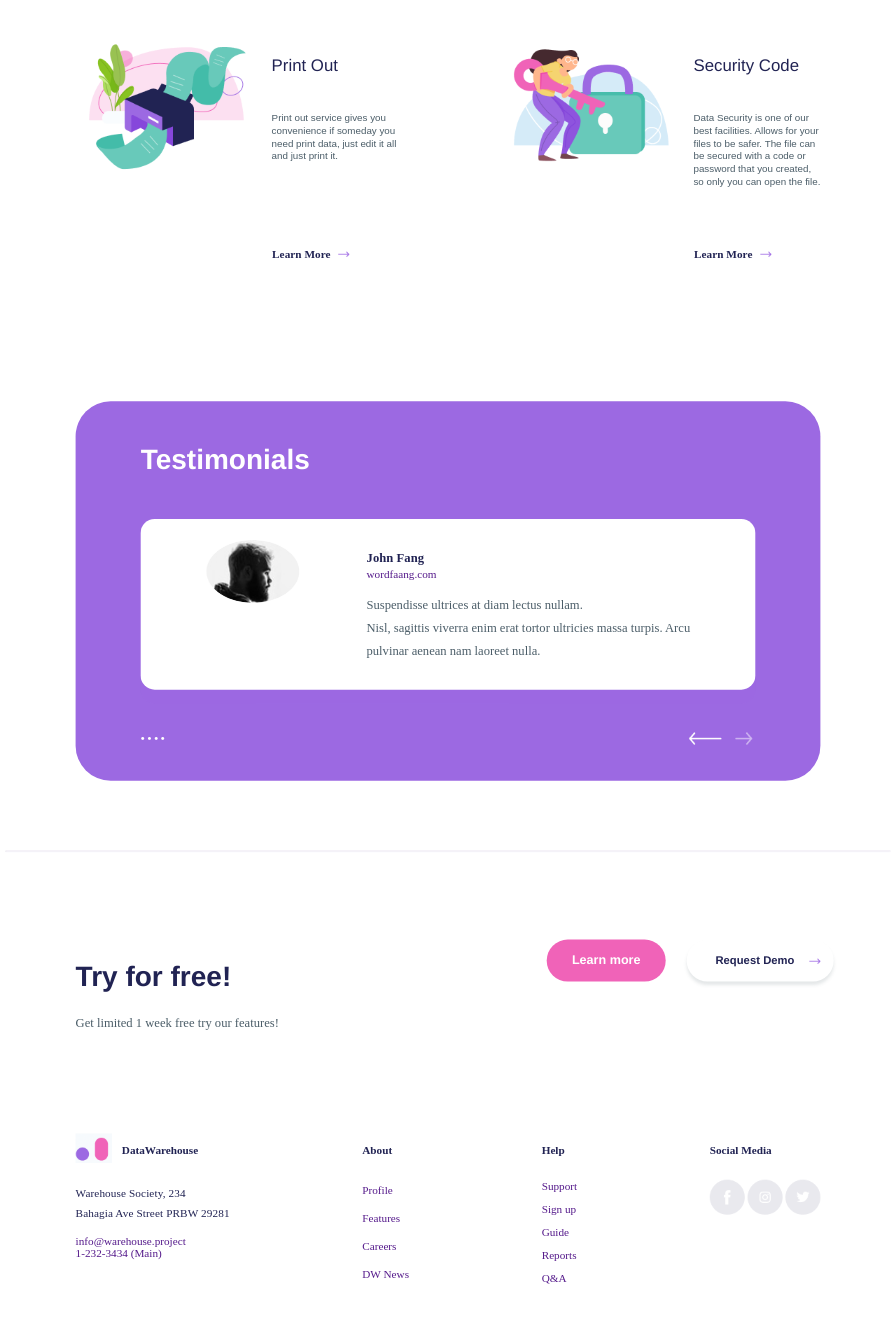
Repository: batonAnton/HW6_flexbox
Page: index.html
The author's editor kept a copy of each file at every save. The page is drawn from the files as they stood at one save, then again after the next save.
The browser window is 1280 px wide. The pictures show the part of the page from y = 1926 to 3846 px (the page is 3846 px tall), at 70% of full size.
Some web fonts or font styles are not loaded; a fallback is used.

Above is the page before, as saved 2022-06-19 16:29:42.

### index.html
<!DOCTYPE html>
<html lang="en">
<head>
    <meta charset="UTF-8">
    <meta http-equiv="X-UA-Compatible" content="IE=edge">
    <meta name="viewport" content="width=device-width, initial-scale=1.0">
    <link href="http://fonts.cdnfonts.com/css/helvetica-neue-9" rel="stylesheet">
    <link rel="stylesheet" href="./fonts/Helvetica-Bold.ttf">
    <link rel="stylesheet" href="./fonts/AvenirLTStd-Black.otf">
    <link rel="stylesheet" href="./css/style.css">
    <title>FlexBox</title>
</head>
<body>
    <header>
        <div class="logo">
            <img src="./images/logo.png" alt="logo">
        </div>

        <nav>
            <ul>
                <li>
                    <a href="#">about</a>
                </li>
                <li>
                    <a href="#">help</a>
                </li>
                <li>
                    <a href="#">features</a>
                </li>
                <li>
                    <a href="#">signup</a>
                </li>
            </ul>
        </nav>

        <div class="header-btn">
            <div>
                <button>request demo</button>
            </div>
            <div class="btn-img">
                <img src="./images/right-arrow.png" alt="arrow-right" >
            </div>
        </div>
    </header>

    <div class="section allstyles">
        <div class="info">
            <h1>Save your data <br> storage here.</h1>
            <p>Data Warehouse is a data storage area that <br>has been
                tested for security, so you can store <br> your data here
                safely but not be afraid of <br> being stolen by others.</p>
            <button>Learn more</button>
        </div>

        <div class="section-img">
            <img src="./images/headerImg.png" alt="">
        </div>
    </div>

    <div class="section2 allstyles">
        <div class="sectin2-img">
            <img src="./images/assideimg.png" alt="assideimg">
        </div>

        <div class="section2-info">
            <h1>We are a high-level data <br> storage bank</h1>
            <p>
                The place to store various data that you can access at any <br> time through the internet  and where you can carry it. <br>
                This very flexible storage area has a high level of security. <br> To enter into your own data you must enter the password <br> that you created when you registered in this Data <br> Warehouse.
            </p>
        </div>
    </div>

    <div class="section3 allstyles">
        <h1 class="section3-header"> Features</h1>
        <p class="section3-header">Some of the features and advantages that we provide for those of you <br> who store data in this Data Warehouse.</p>

        <div class="row1">
            <div class="block">
                <img src="./images/section3/image1 1.png" alt="img">
                <div class="info">
                    <h1>Search Data</h1>
                <p>
                    Don’t worry if your data is very <br> large, the Data Warehoue <br> provides a search engine, <br> which is useful for making it <br> easier to find data effectively <br> saving time.
                </p>

                <div class="header-btn section3-btn">
                    <div>
                        <button>Learn more</button>
                    </div>
                    <div class="btn-img">
                        <img src="./images/right-arrow.png" alt="arrow-right" >
                    </div>
                </div>
                </div>

            </div>


            <div class="block">
                <img src="./images/section3/image2.png" alt="img">
                <div class="info">
                    <h1>24 Hours Access</h1>
                <p>
                    Access is given 24 hours a full <br> morning to night and
                    meet <br> again in the morning, giving <br> you comfort when
                    you need <br> data when urgent.
                </p>

                <div class="header-btn section3-btn">
                    <div>
                        <button>Learn more</button>
                    </div>
                    <div class="btn-img">
                        <img src="./images/right-arrow.png" alt="arrow-right" >
                    </div>
                </div>
                </div>

            </div>
        </div>

        <!-- row2 start -->

        <div class="row1 row2">
            <div class="block">
                <img src="./images/section3/image3 1.png" alt="img">
                <div class="info">
                    <h1>Print Out</h1>
                <p>
                    Print out service gives you <br> convenience if someday
                    you <br> need print data, just edit it all <br> and just print it.
                </p>

                <div class="header-btn section3-btn">
                    <div>
                        <button>Learn more</button>
                    </div>
                    <div class="btn-img">
                        <img src="./images/right-arrow.png" alt="arrow-right" >
                    </div>
                </div>
                </div>

            </div>


            <div class="block">
                <img src="./images/section3/image4 1.png" alt="img">
                <div class="info">
                    <h1>Security Code</h1>
                <p>
                    Data Security is one of our <br> best facilities. Allows for your <br> files
                    to be safer. The file can <br> be secured with a code or <br>
                    password that
                    you created, <br> so only you can open the file.
                </p>

                <div class="header-btn section3-btn">
                    <div>
                        <button>Learn more</button>
                    </div>
                    <div class="btn-img">
                        <img src="./images/right-arrow.png" alt="arrow-right" >
                    </div>
                </div>
                </div>

            </div>
        </div>
    </div>

    <div class="section4 allstyles">
        <h1>Testimonials</h1>

        <div class="block">
            <img class="rounded" src="./images/section3/Ellipse 76.jpg" alt="img">
            <div class="info">
                <h1>John Fang </h1>
                <a href="">wordfaang.com</a>
                <p>
                    Suspendisse ultrices at diam lectus nullam. <br>
                    Nisl, sagittis viverra enim erat tortor ultricies massa turpis. Arcu <br> pulvinar aenean nam laoreet nulla.
                </p>
            </div>
        </div>
        <h4>&#x2022 &#x2022 &#x2022 &#x2022</h4>
        <p class="right"> <img src="./images/section3/arrows.png" alt="arrows"> </p>
    </div>
    <hr>


    <div class="forfree allstyles">
        <div class="free-info">
            <h1>Try for free!</h1>
            <p>Get limited 1 week free try our features!</p>
        </div>

        <div class="btn-block">
            <button>Learn more</button>
            <div class="header-btn">
                <div>
                    <button>request demo</button>
                </div>
                <div class="btn-img">
                    <img src="./images/right-arrow.png" alt="arrow-right" >
                </div>
            </div>
        </div>
    </div>

    <footer>
        <div class="allblock allstyles">
            <div class="adress">
                <img src="./images/logo.png" alt="logo">
                <h1 style="float: right;
                margin-right: 45px;"> DataWarehouse</h1>
                <p> Warehouse Society, 234 <br>
                    Bahagia Ave Street
                    PRBW 29281
                </p>

                <a href="">info@warehouse.project</a> <br>
                <a href="">1-232-3434 (Main)</a>
            </div>

            <div class="about">
                <h1>About</h1>
                <a href="">Profile</a>
                <a href=""> Features</a>
                <a href=""> Careers</a>
                <a href="">DW News</a>
            </div>

            <div class="help">
                <h1>Help</h1>
                <a href="">Support</a>
                <a href="">Sign up</a>
                <a href="">Guide</a>
                <a href="">Reports</a>
                <a href="">Q&A</a>
            </div>

            <div class="social">
                <h1>Social Media</h1>
                <a href="">
                    <img src="./images/footer/facebook.png" alt="face">
                </a>

                <a href="">
                    <img src="./images/footer/twitter.png" alt="tweeter">
                </a>

                <a href="">
                    <img src="./images/footer/insta.png" alt="insta">
                </a>
            </div>
        </div>
    </footer>
</body>
</html>

### css/style.css
body {
  box-sizing: border-box;
  font-family: "Avenir";
}

.allstyles{
    margin: 70px 100px;
}

header {
  display: flex;
  margin: 30px 100px;
  justify-content: space-between;
  /* border: 1px solid gray; */
 font-family: Arial, Helvetica, sans-serif;
  font-size: 16px;
}


nav {
  margin-right: 40%;
}

nav ul {
  display: flex;
  list-style: none;
  color: #4b5d68;
}

nav ul li a {
  text-decoration: none;
  padding-left: 20px;
  text-transform: capitalize;
}

.header-btn {
  display: flex;
  justify-content: center;
}


.header-btn button {
  padding: 15px 30px 15px 15px;
  text-transform: capitalize;
  border: none;
  border-radius: 50px;
  background: #ffffff;
  box-shadow: 0px 5px 5px rgb(75 93 104 / 15%);
  width: 210px;
  color: #212353;
  font-size: 16px;
  font-weight: 800;
  line-height: 100%;
  letter-spacing: 0.005em;
}

.btn-img {
  margin-left: -35px;
  padding-left: -15px;
  align-self: center;
}

button img {
  padding-top: 5px;
  margin-left: 5px;
}

button:hover {
  border: 1px solid rgba(156, 105, 226, 1);
  text-decoration: underline;
}

.section {
  display: flex;
  position: relative;
  height: 600px;
  overflow: hidden;
}


.info {
  width: 50%;
}

.section h1 {
  font-style: normal;
  font-weight: 700;
  font-size: 4rem;
  line-height: 110%;
  font-family: "Helvetica Neue", sans-serif;
  color:#212353;
  font-weight: 700;
}



.section p {
  font-family: 'Avenir', Helvetica, sans-serif;
  font-style: normal;
  font-weight: 500;
  font-size: 16px;
  line-height: 28px;
  margin-top: 50px;
  margin-bottom: 50px;
}

.section-img {
  position: absolute;
  bottom: 1%;
  right: -13%;
}
.section-img img {
  width: 84%;
}

.info button{
    font-family: 'Avenir', Helvetica, sans-serif;
    font-style: normal;
    font-weight: 700;
    font-size: 18px;
    line-height: 160%;
    background-color: #9C69E2;
    border-radius: 50px;
    color: #ffffff;
    width: 170px;
    height: 60px;
    border: none;
    cursor: pointer;
}


.section2{
    display: flex;
    justify-content: space-between;
    background: rgba(240, 99, 184, 0.15);
    border-radius: 50px;
    font-family: 'Avenir', Helvetica, sans-serif;
}

.section2 h1{
    font-style: normal;
    font-weight: 700;
    font-size: 40px;
    line-height: 130%;
    color: #212353;
}

.section2 p{
    font-family: 'Avenir', Helvetica, sans-serif;
font-style: normal;
font-weight: 400;
font-size: 16px;
line-height: 160%;
}

.section2-info{
    padding:55px;
}


.section3-header{
    text-align: center;
    margin: -30px 0 75px 0;
}

.row1{
    display: flex;
    justify-content: space-between;
}

.row1 .block img{
    float: left;
}

.section3 .info{
  float: right;
  width: auto;
  margin-left: 35px;
}

.section3 .info h1{
  font-family: 'Helvetica';
font-style: normal;
font-weight: 400;
font-size: 24px;
line-height: 130%;
color: #212353;
}

.section3 .info p{
  font-family: 'Avenir',  sans-serif;
font-style: normal;
font-weight: 200;
font-size: 14px;
line-height: 130%;
color: #4B5D68;
margin-top: 50px;
/* margin-bottom: 50px; */
height: 160px;
}

.section3 .section3-btn button{
  padding:0;
  color: #212353;
  box-shadow: none;
  background-color: #ffffff;
  font-family: 'Avenir';
  font-style: normal;
  font-weight: 900;
  font-size: 16px;
  line-height: 160%;
  letter-spacing: 0.005em;
  width:85px;
}

.section3 .header-btn{
  display: flex;
  justify-content: flex-start;
}

.section3 .btn-img{
  margin-left: 10px;
}

.row2{
  margin: 90px 0  180px 0;
}

.section4{
  /* height: 709px; */
  background-color: #9C69E2;
  border-radius: 50px;
  padding: 30px 93px;
}

.section4 h1{
  font-family: 'Helvetica';
  font-style: normal;
  font-weight: 700;
  font-size: 40px;
  line-height: 130%;
  color: #FFFFFF;
  margin-bottom: 60px;
}

.section4 .block{
  background-color: #FFFFFF;
  box-shadow: 0px 20px 0px rgba(156, 105, 226, 0.3);
  border-radius: 20px;
  padding: 30px 93px 120px 93px;
}

.section4 .info{
  float: right;
  width: auto;
}

.section4 .info h1{
font-family: 'Avenir';
font-style: normal;
font-weight: 900;
font-size: 18px;
line-height: 160%;
letter-spacing: 0.005em;
color: #212353;
margin-bottom: 0;
}

.section4 .info p{
  font-family: 'Avenir';
font-style: normal;
font-weight: 400;
font-size: 18px;
line-height: 180%;
color: #4B5D68;
}

.section4 .info a{
  text-decoration: none;
}

.rounded{
  border-radius:50%;
}

h4{
  color: #ffffff;
  margin-top: 60px ;
}

.right{
  margin-left: auto;
  margin-right: auto;
  float: right;
  margin-top: -44px;
}

hr{
  margin-top: 100px;
  margin-bottom: 45px;
  background: #9C69E2;
  opacity: 0.2;
}

.forfree{
  margin-top: 125px;
  margin-bottom: 125px;
  display: flex;
  justify-content: space-between;
}

.forfree h1{
  font-family: 'Helvetica';
font-style: normal;
font-weight: 700;
font-size: 40px;
line-height: 130%;
display: flex;
align-items: center;
color: #212353;
}

.forfree p{
  font-family: 'Avenir';
font-style: normal;
font-weight: 500;
font-size: 18px;
line-height: 160%;
color: #4B5D68;
}

.forfree button{
  font-family: 'Avenir', Helvetica, sans-serif;
    font-style: normal;
    font-weight: 700;
    font-size: 18px;
    line-height: 160%;
    background-color: #F063B8;
    border-radius: 50px;
    color: #ffffff;
    width: 170px;
    height: 60px;
    border: none;
    cursor: pointer;
    margin-left: 30px;
}

.forfree .header-btn button {
  padding: 15px 30px 15px 15px;
  text-transform: capitalize;
  border: none;
  border-radius: 50px;
  background: #ffffff;
  box-shadow: 0px 5px 5px rgb(75 93 104 / 15%);
  width: 210px;
  color: #212353;
  font-size: 16px;
  font-weight: 800;
  line-height: 100%;
  letter-spacing: 0.005em;
}

.forfree .btn-img{
  margin-top: -85px;
}

.btn-block{
  display: flex;
}

/* footer */

.allblock{
  display: flex;
  justify-content: space-between;
}

.about, .help{
  display: inline-grid;
}

footer h1{
  font-family: 'Avenir';
font-style: normal;
font-weight: 900;
font-size: 16px;
line-height: 160%;
color: #212353;
margin-bottom: 30px;
}


footer a{
  text-decoration: none;
  padding-bottom: 15px;
}

footer p{
  font-family: 'Avenir';
font-style: normal;
font-weight: 500;
font-size: 16px;
line-height: 180%;
letter-spacing: 0.01em;
color: #212353;
}

After the next save:
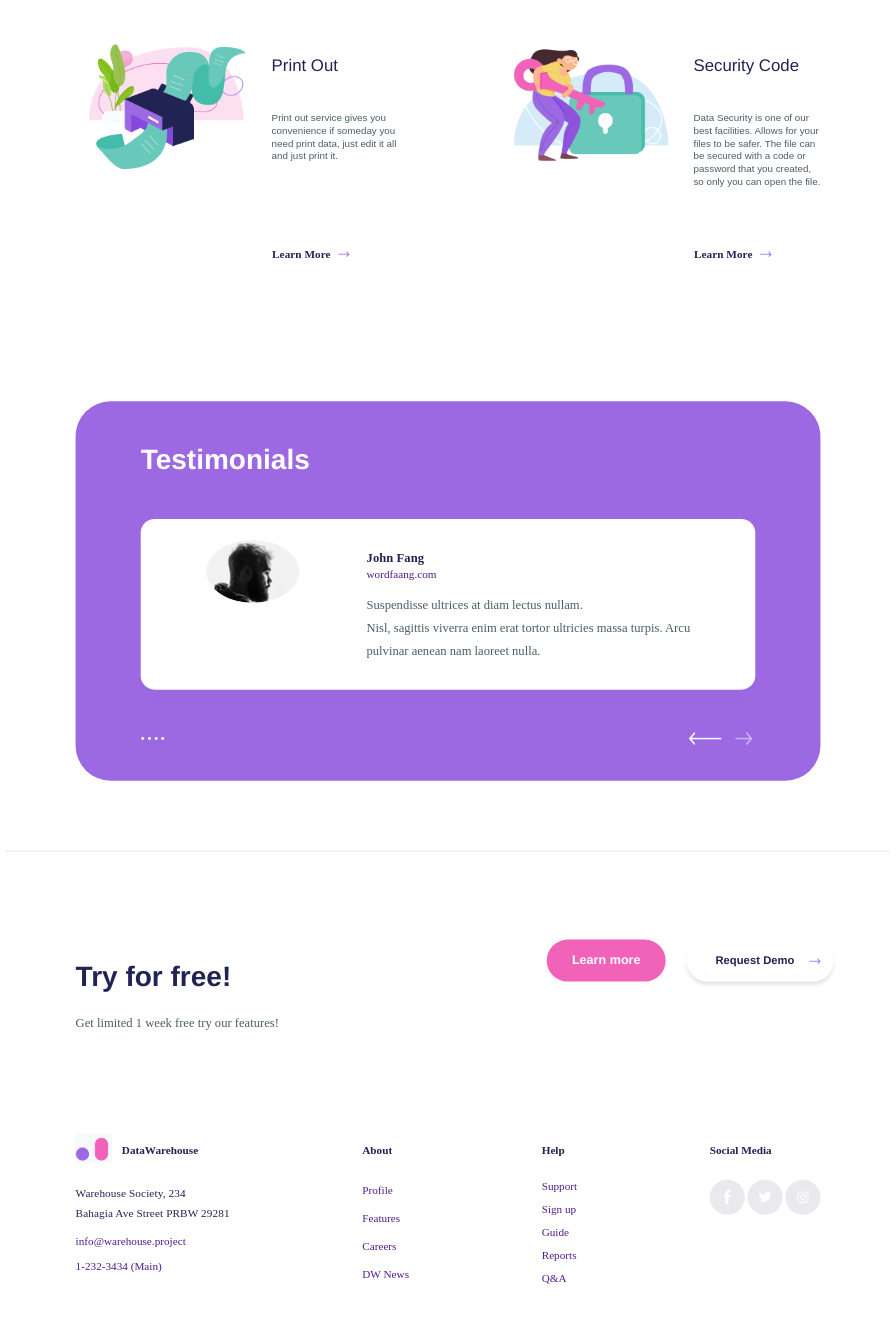
Saved 4 min 8 s later.
--- a/index.html
+++ b/index.html
@@ -211,7 +211,7 @@
 
     <footer>
         <div class="allblock allstyles">
-            <div class="adress">
+            <div class="address">
                 <img src="./images/logo.png" alt="logo">
                 <h1 style="float: right;
                 margin-right: 45px;"> DataWarehouse</h1>
@@ -220,7 +220,7 @@
                     PRBW 29281
                 </p>
 
-                <a href="">info@warehouse.project</a> <br>
+                <a href="">info@warehouse.project</a> <br> <br>
                 <a href="">1-232-3434 (Main)</a>
             </div>
 
@@ -248,11 +248,11 @@
                 </a>
 
                 <a href="">
-                    <img src="./images/footer/twitter.png" alt="tweeter">
+                    <img src="./images/footer/insta.png" alt="tweeter">
                 </a>
 
                 <a href="">
-                    <img src="./images/footer/insta.png" alt="insta">
+                    <img src="./images/footer/twitter.png" alt="insta">
                 </a>
             </div>
         </div>
